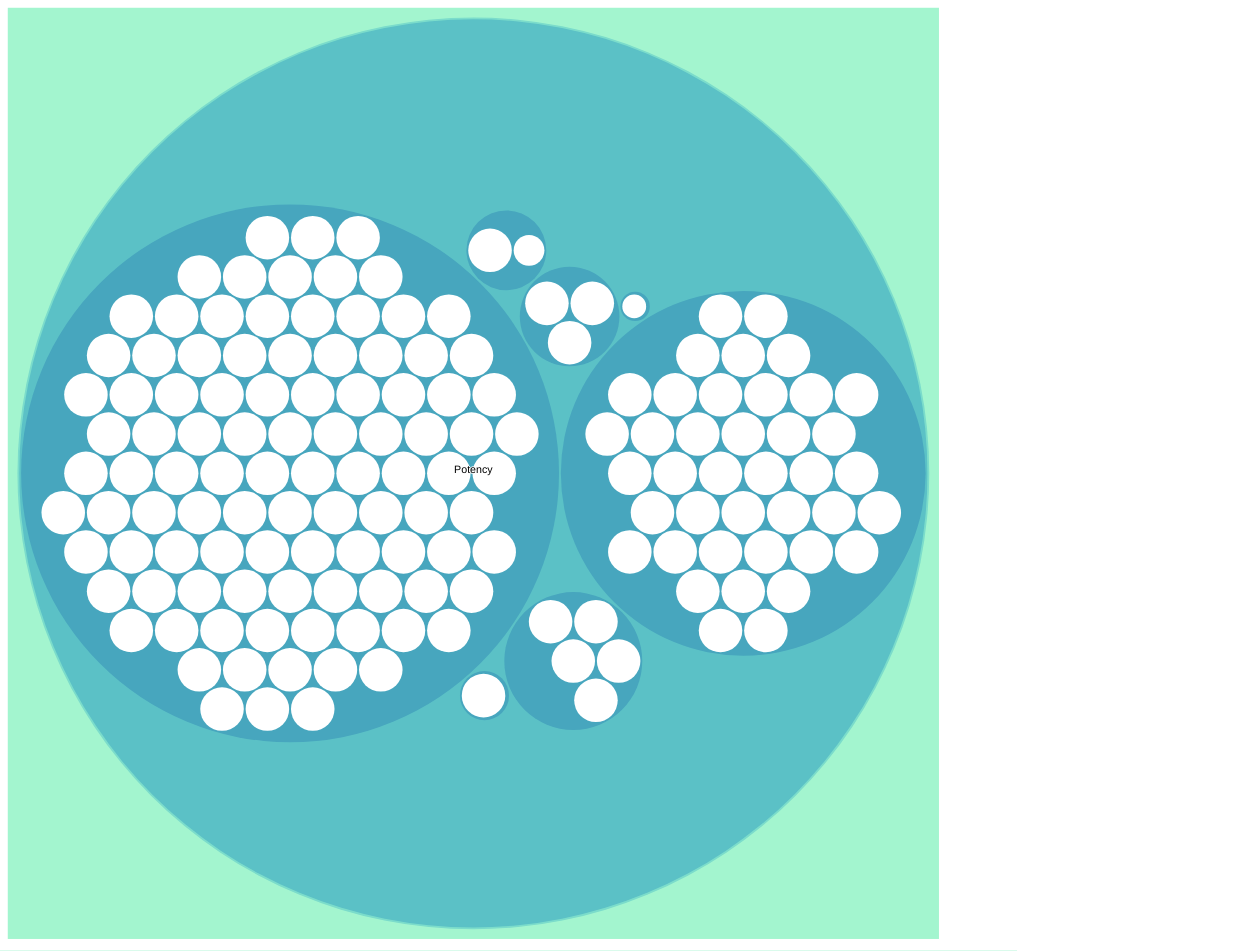
Repository: m0llyc00k/ms-2
Page: clusters/index.html
The author's editor kept a record of every edit. The page is drawn from the files as they stood at one moment, then again after the next edit.
The browser window is 1280 px wide. The pictures show the whole page, at 97% of full size.

Above is the page before.

After the next edit:
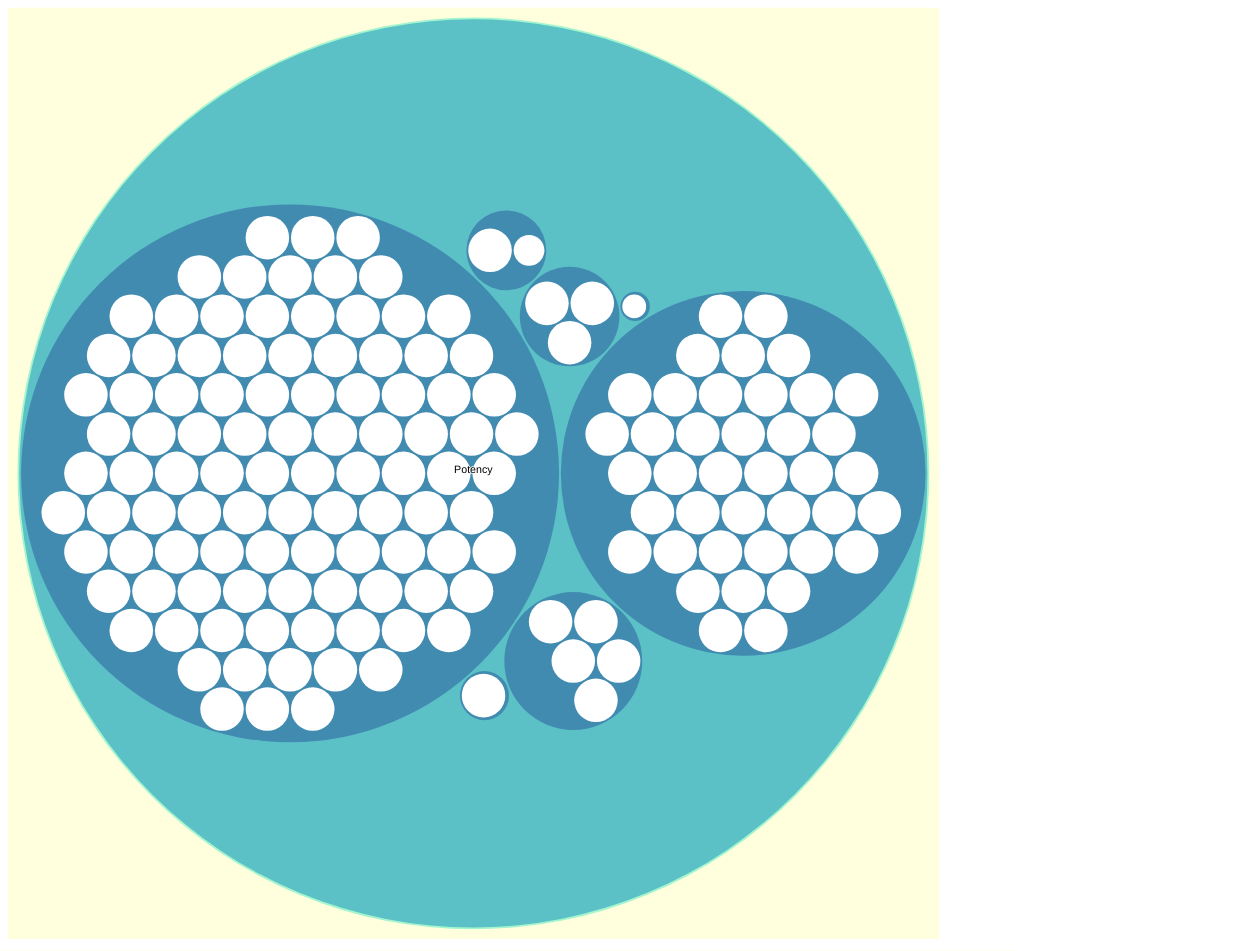
The edit:
--- a/clusters/index.html
+++ b/clusters/index.html
@@ -38,7 +38,7 @@
     g = svg.append("g").attr("transform", "translate(" + diameter / 2 + "," + diameter / 2 + ")");
 
 var color = d3.scaleLinear()
-    .domain([-1, 5])
+    .domain([0, 3])
     .range(["hsl(152,80%,80%)", "hsl(228,30%,40%)"])
     .interpolate(d3.interpolateHcl);
 
